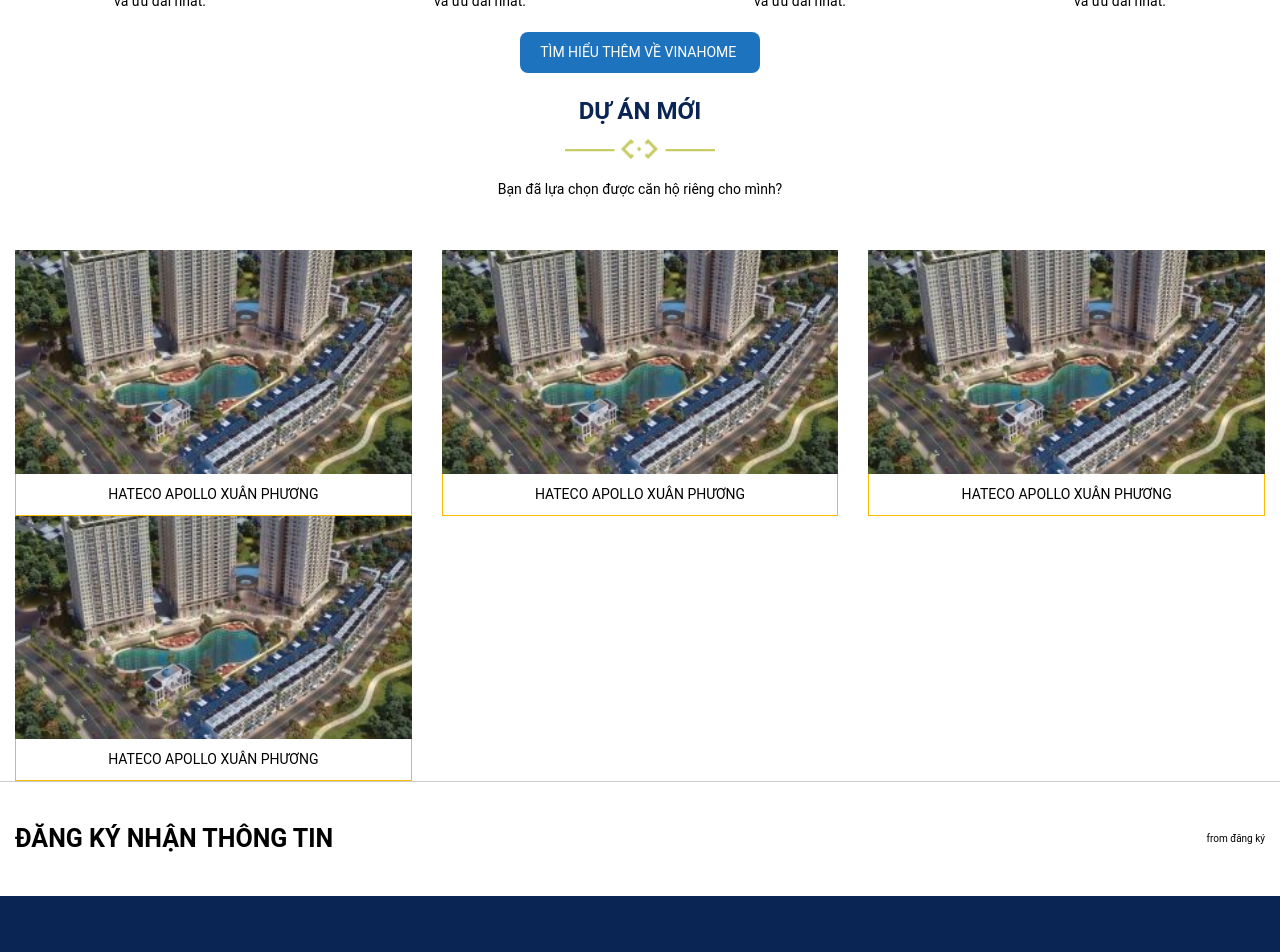
Repository: phamphuc2/fontend-bds
Page: index.html
These files come from the project's save history. The page is drawn as it stood at one moment and after the next save; the edit follows.
The browser window is 1280 px wide. The pictures show the part of the page from y = 914 to 1866 px (the page is 2353 px tall before and 2393 px after).
A picture or video elsewhere on the page could not be fetched, so the positions and the page height are approximate. Some web libraries are served in a nearby version.

Above is the page before, as saved 2022-06-08 15:54:08.

After the next save:
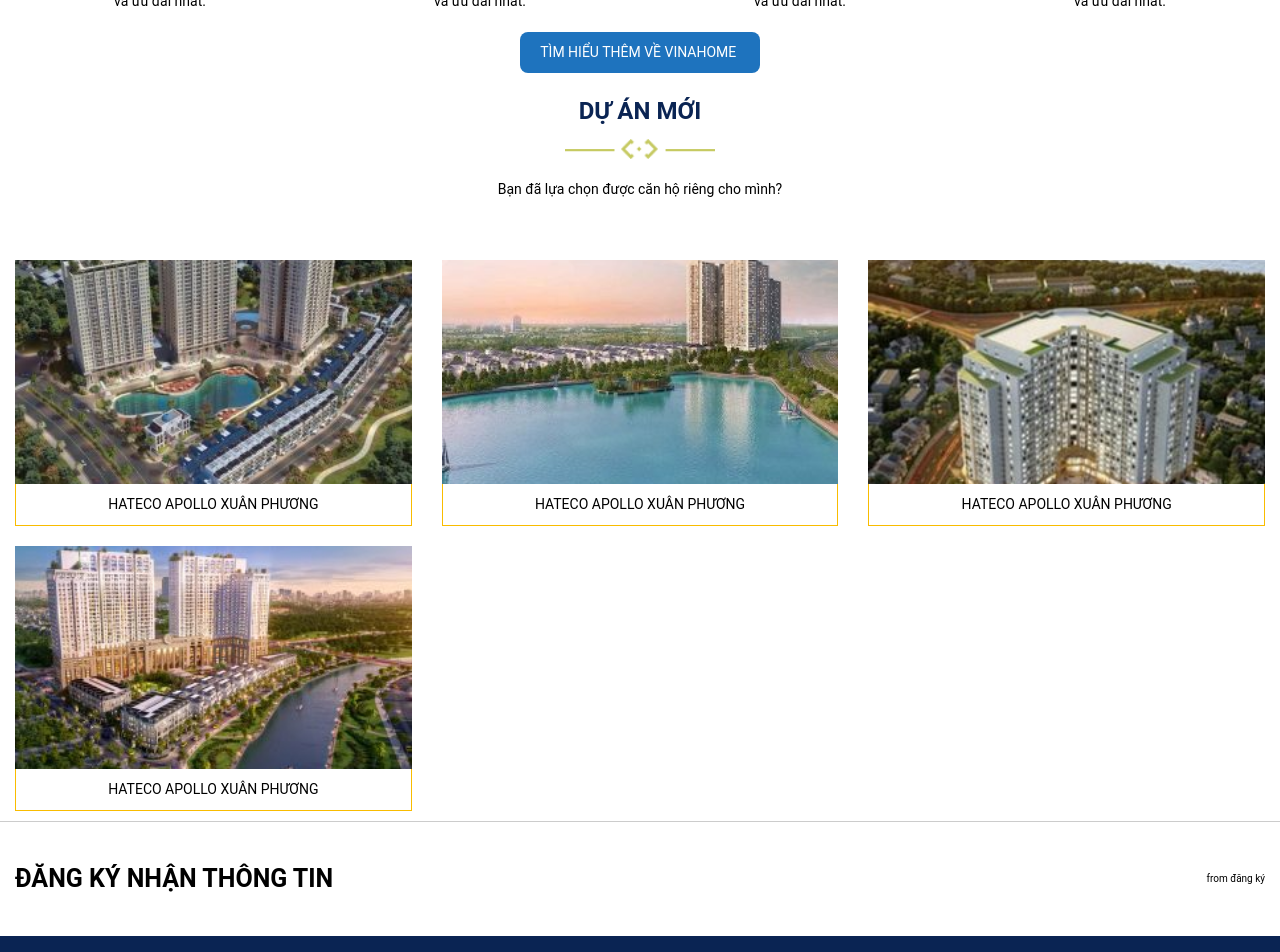
Saved 3 s later.
--- a/index.html
+++ b/index.html
@@ -211,7 +211,7 @@
                             <p class="desc">Bạn đã lựa chọn được căn hộ riêng cho mình?</p>
                         </div>
                    </div>
-                   <div class="col-lg-4">
+                   <div class="col-lg-4 mg">
                        <a href="" class="item">
                            <div class="img-wrap">
                                <img src="./assets/images/project1.jpg" alt="">
@@ -221,30 +221,30 @@
                            </div>
                        </a>
                    </div>
-                   <div class="col-lg-4">
+                   <div class="col-lg-4 mg">
                     <a href="" class="item">
                         <div class="img-wrap">
-                            <img src="./assets/images/project1.jpg" alt="">
+                            <img src="./assets/images/project2.jpg" alt="">
                         </div>
                         <div class="item-content">
                             <p class="title">HATECO APOLLO XUÂN PHƯƠNG</p>
                         </div>
                     </a>
                 </div>
-                <div class="col-lg-4">
+                <div class="col-lg-4 mg">
                     <a href="" class="item">
                         <div class="img-wrap">
-                            <img src="./assets/images/project1.jpg" alt="">
+                            <img src="./assets/images/project3.jpg" alt="">
                         </div>
                         <div class="item-content">
                             <p class="title">HATECO APOLLO XUÂN PHƯƠNG</p>
                         </div>
                     </a>
                 </div>
-                <div class="col-lg-4">
+                <div class="col-lg-4 mg">
                     <a href="" class="item">
                         <div class="img-wrap">
-                            <img src="./assets/images/project1.jpg" alt="">
+                            <img src="./assets/images/project4.jpg" alt="">
                         </div>
                         <div class="item-content">
                             <p class="title">HATECO APOLLO XUÂN PHƯƠNG</p>
